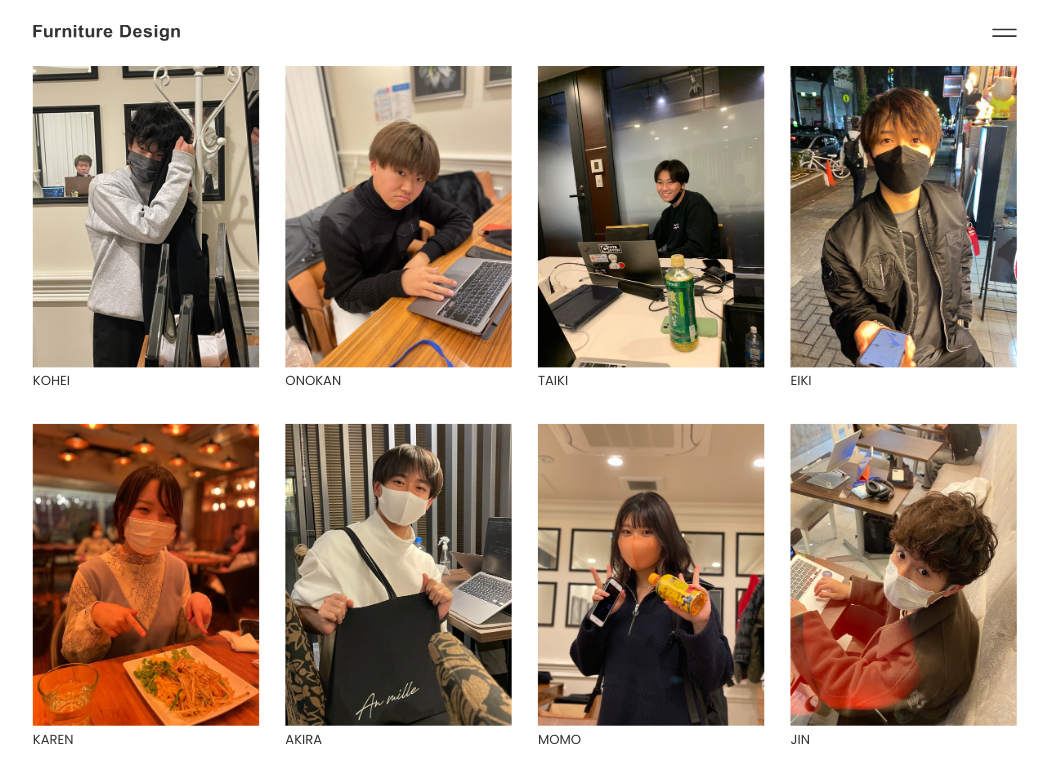
Repository: kohei23n/tenfeet
Page: index.html
An editor plug-in stored every save of this project. The page is shown before and after a run of saves, followed by the edit.
The browser window is 1280 px wide. The pictures show the whole page, at 82% of full size.

Above is the page before, as saved 2022-02-09 12:44:09.
Console error: SyntaxError: Identifier 'content2' has already been declared

### index.html
<!DOCTYPE html>
<html lang="en">
  <head>
    <meta charset="UTF-8" />
    <meta http-equiv="X-UA-Compatible" content="IE=edge" />
    <meta name="viewport" content="width=device-width, initial-scale=1.0" />
    <link rel="stylesheet" href="style.css" />
    <link
      href="https://fonts.googleapis.com/css?family=Poppins"
      rel="stylesheet"
    />
    <script src="https://ajax.googleapis.com/ajax/libs/jquery/3.5.1/jquery.min.js"></script>
    <title>Moshalympics</title>
  </head>
  <body>
    <header id="header" class="wrapper">
      <h1 class="title">
        <a href="index.html">
          <img src="img/logo.svg" alt="Furniture Design" />
        </a>
      </h1>
      <nav id="nav">
        <ul class="nav_menu">
          <li><a href="">PRODUCTS</a></li>
          <li><a href="">ABOUT</a></li>
          <li><a href="">COMPANY</a></li>
          <li><a href="">CONTACT</a></li>
        </ul>
      </nav>
      <div class="button">
        <span></span>
        <span></span>
      </div>
      <div id="mask"></div>
    </header>

    <main>
      <div id="top" class="wrapper">
        <ul class="product_list">
          <li>
            <a href="/members1/index.html?id=1">
              <img src="/img/1.jpg" alt="1" />
              <p class="name">KOHEI</p>
            </a>
          </li>
          <li>
            <a href="/members1/index.html?id=2">
              <img src="/img/2.jpg" alt="2" />
              <p class="name">ONOKAN</p>
            </a>
          </li>
          <li>
            <a href="/members1/index.html?id=3">
              <img src="/img/3.jpg" alt="3" />
              <p class="name">TAIKI</p>
            </a>
          </li>
          <li>
            <a href="/members1/index.html?id=4">
              <img src="/img/4.jpg" alt="4" />
              <p class="name">EIKI</p>
            </a>
          </li>
          <li>
            <a href="/members1/index.html?id=5">
              <img src="/img/5.jpg" alt="5" />
              <p class="name">KAREN</p>
            </a>
          </li>
          <li>
            <a href="/members1/index.html?id=6">
              <img src="/img/6.jpg" alt="6" />
              <p class="name">AKIRA</p>
            </a>
          </li>
          <li>
            <a href="/members1/index.html?id=7">
              <img src="/img/7.jpg" alt="7" />
              <p class="name">MOMO</p>
            </a>
          </li>
          <li>
            <a href="/members1/index.html?id=8">
              <img src="/img/8.jpg" alt="8" />
              <p class="name">JIN</p>
            </a>
          </li>
        </ul>
      </div>
    </main>

    <div id="top2" class="wrapper2">
      <ul class="product_list product_list_2">
        <div id="member_list_2"></div>
      </ul>
    </div>

    <div id="top3" class="wrapper2">
      <ul class="product_list product_list_2">
        <div id="member_list_3"></div>
      </ul>
    </div>

    <!-- <div class="more">
      <button>もっと見る</button>
  </div> -->

    <script src="/main.js"></script>
  </body>
</html>

### style.css
* {
  margin: 0;
  padding: 0;
}



#header {
  width: 100%;
  height: 80px;
  background-color: #fff;
  display: flex;
  align-items: center;
  justify-content: space-between;
  position: fixed;
  left: 0;
  right: 0;
  z-index: 10;
}

.wrapper {
  max-width: 1360px;
  margin: 0 auto;
  padding: 0 40px;
  box-sizing: border-box;
}

h1 {
  display: block;
  font-size: 2em;
  margin-block-start: 0.67em;
  margin-block-end: 0.67em;
  margin-inline-start: 0px;
  margin-inline-end: 0px;
  font-weight: bold;
}

.title a {
  width: 180px;
  line-height: 1px;
  display: block;
}

img {
  max-width: 100%;
}


.open #nav {
  left: 0;
  opacity: 1;
}

#nav {
  opacity: 0;
  position: fixed;
  top: 0;
  left: -300px;
  width: 300px;
  color: #fff;
  padding: 36px 50px;
  transition: all 0.3s;
  z-index: 20;
}


#nav li {
  margin-bottom: 14px;
  list-style: none;
}

#nav a {
  color: #fff;
  text-decoration: none;
  transition: all 0.5s;
}

.button {
  width: 30px;
  height: 30px;
  position: relative;
  transition: all 0.5s;
  cursor: pointer;
  z-index: 20;
}

.button span:nth-child(1) {
  top: 10px;
}

.button span:nth-child(2) {
  bottom: 10px;
}

.button span {
  display: block;
  position: absolute;
  width: 30px;
  height: 2px;
  background-color: #333;
  border-radius: 4px;
  transition: all 0.5s;
}

.open .button span {
  background-color: #fff;
}

.open .button span:nth-child(1) {
  transform: rotate(-45deg) translateY(5px);
}

.open .button span:nth-child(2) {
  transform: rotate(45deg) translateY(-5px);
}

#mask {
  display: none;
  transition: all 0.6s;
}

.open #mask {
  display: block;
  position: fixed;
  top: 0;
  left: 0;
  width: 100%;
  height: 100%;
  background: #000;
  opacity: 0.8;
  z-index: 10;
  cursor: pointer;

}

/* MAIN  */

#top {
  padding-top: 80px;
  /* padding-bottom: 160px; */
}

#top2 {
  padding-top: 80px;
  /* padding-bottom: 160px; */
}

.product_list {
  display: flex;
  flex-wrap: wrap;
  justify-content: space-between;
}

.product_list li {
  width: 23%;
  margin-bottom: 40px;
  list-style: none;
}

.product_list a {
  color: #333;
  text-decoration: none;
  transition: all 0.5s;
}

.product_list img:hover {
  transition: 0.5s;
  opacity: 0.8;
}



/* NAME */

.name {
  font-family: 'Poppins', sans-serif;
}

.wrapper2{
  padding-top: 0 !important;
  max-width: 1360px;
    margin: 0 auto;
    padding: 0 40px;
    box-sizing: border-box;
}

.image{
  height: 100%;
  object-fit: cover;
}

/* .list li.is-hidden {
  visibility: hidden;
  opacity: 0;
  height: 0;
  margin: 0 10px;
  padding:0;
}
.more {
  text-align: center;
  margin-top: 20px;
}
button {
  background-color: #5C6BC0;
  border: none;
  cursor: pointer;
  outline: none;
  color:#fff;
  padding: 0;
  line-height: 40px;
  width: 160px;
  border-radius: 20px;
} */

### main.js
$(function(){

  $('.button').on("click", function() {
    if ($('#header').hasClass('open')) {
      $('header').removeClass('open');
    } else {
      $('header').addClass('open');
    }
  });

  $('#mask').on("click", function() {
    $('header').removeClass('open');
  });
})

let images = ["/img/9.jpg","/img/10.jpg","/img/11.jpg","/img/12.jpg","/img/13.jpg","/img/14.jpg","/img/15.jpg","/img/16.jpg"];
let names = ["NAOKI","KASHIKEN","SACCHAN","REIREI","KENTHI","TSUYOCHAN","KAZUNORI","KAZUKI"];


let content = ''
for(let i =0; i<4; i++){
  content +=
`<li>
<a href="/members2/index.html?id=${i+9}">
  <img src="${images[i]}" alt="${i}" class="image">
  <p class="name">${names[i]}</p>
</a>
</li>
`};

// var show = 4; //最初に表示する件数
// var num = 3;  //clickごとに表示したい件数
// var contents = '.product_list li'; // 対象のlist
// $(contents + ':nth-child(n + ' + (show + 1) + ')').addClass('is-hidden');
// $('.more').on('click', function () {
//   $(contents + '.is-hidden').slice(0, num).removeClass('is-hidden');
//   if ($(contents + '.is-hidden').length == 0) {
//     $('.more').fadeOut();
//   }
// });




let content2 = document.getElementById('member_list_2');
content2.insertAdjacentHTML("beforebegin", content);

let content3 = ''
for(let i =0; i<images.length; i++){
  content +=
`<li>
<a href="/members2/index.html?id=${i+9}">
  <img src="${images[i]}" alt="${i}" class="image">
  <p class="name">${names[i]}</p>
</a>
</li>
`};

let content2 = document.getElementById('member_list_2');
content2.insertAdjacentHTML("beforebegin", content);

After the next 3 saves:
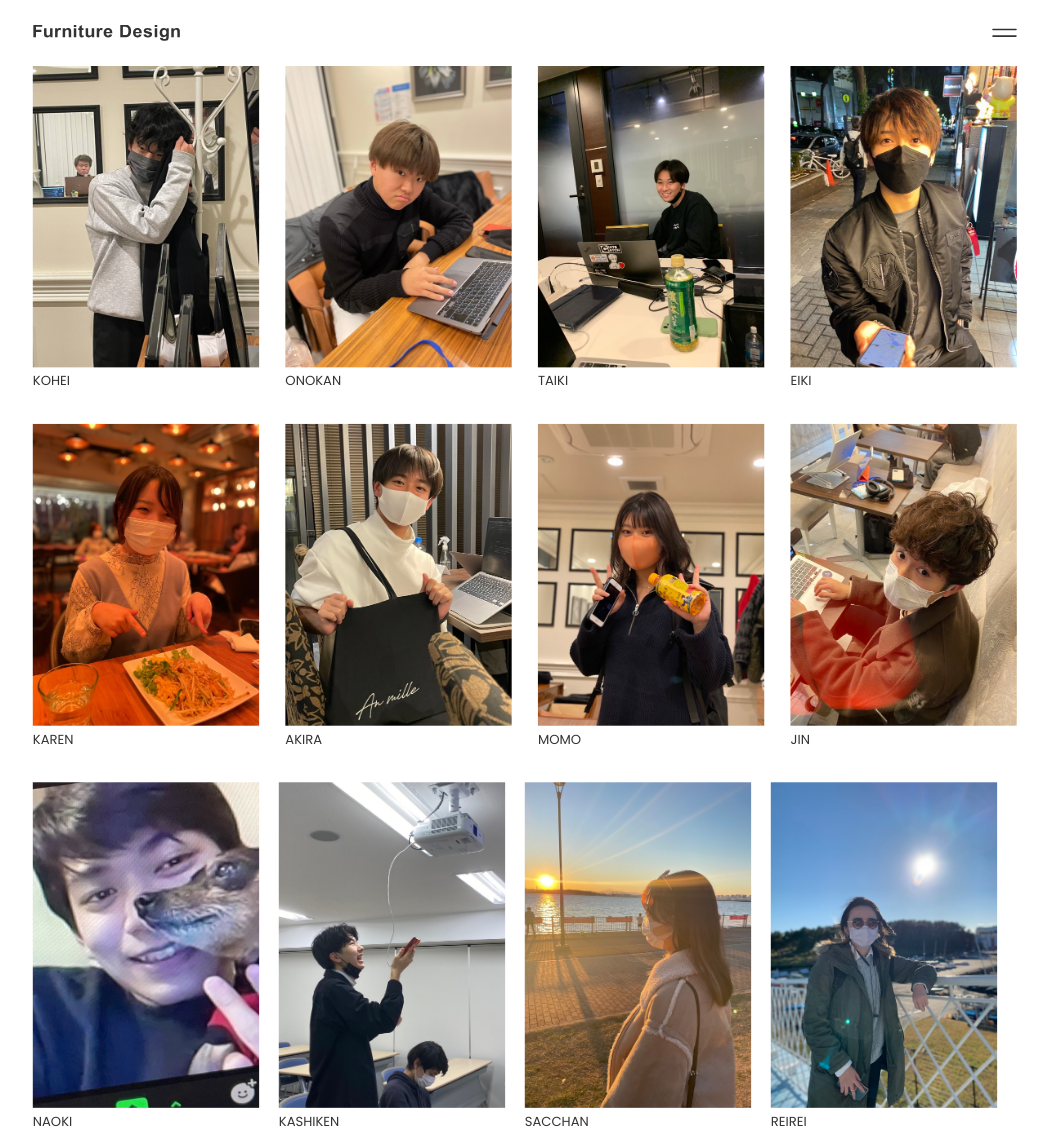
The error is gone.
The 3 saves are shown as one change because they came seconds apart.
The last was saved 9 s later.
--- a/main.js
+++ b/main.js
@@ -56,5 +56,5 @@ for(let i =0; i<images.length; i++){
 </li>
 `};
 
-let content2 = document.getElementById('member_list_2');
-content2.insertAdjacentHTML("beforebegin", content);
+let content4 = document.getElementById('member_list_2');
+content4.insertAdjacentHTML("beforebegin", content3);
